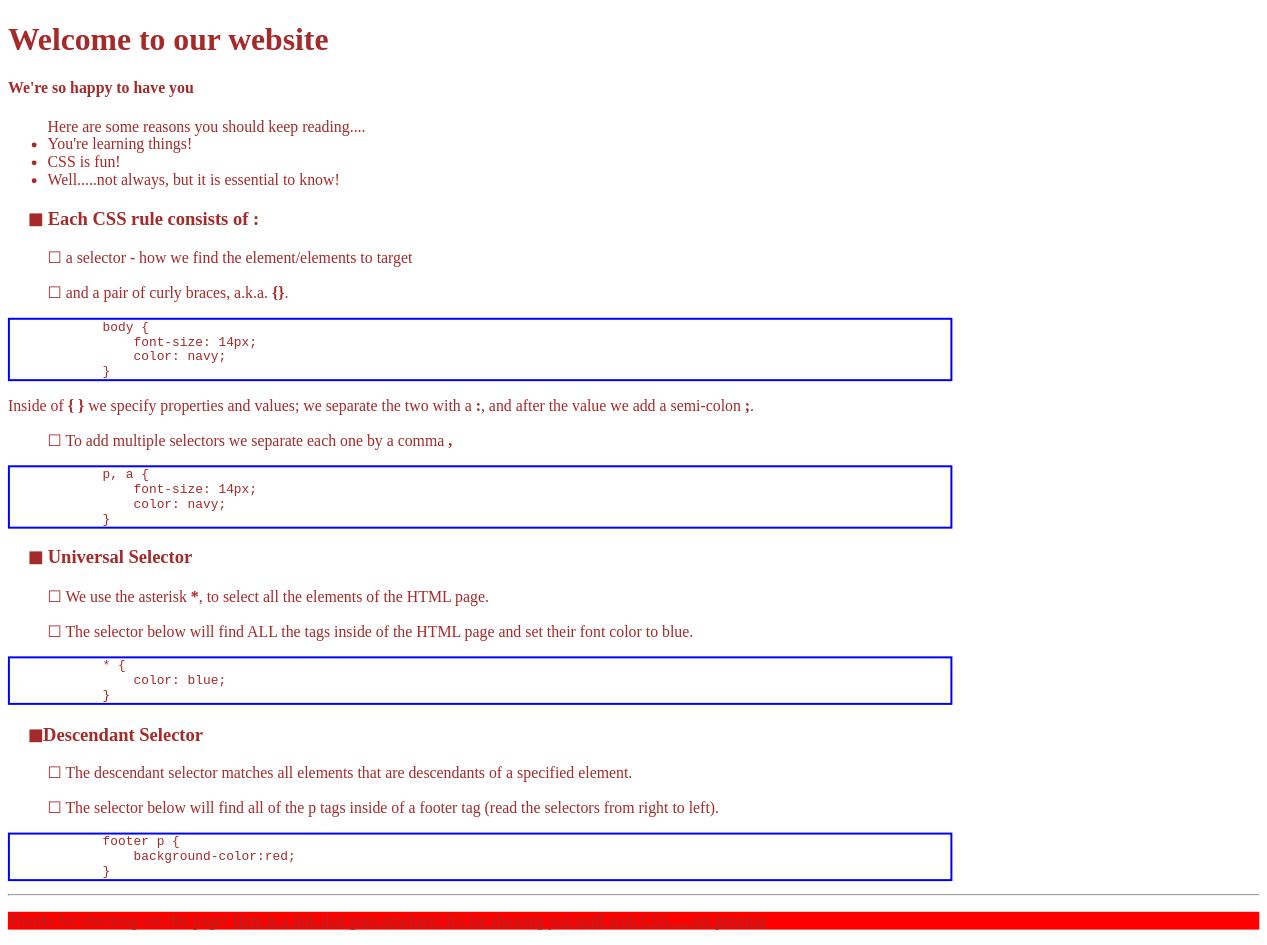
Repository: AnnaSpirit/Tests__
Page: CSS/Useful_Selectors.html
These files come from the project's save history. The page is drawn as it stood at one moment and after the next save; the edit follows.
The browser window is 1280 px wide. The pictures show the whole page, at 99% of full size.

Above is the page before, as saved 2024-04-01 17:28:35.

After the next save:
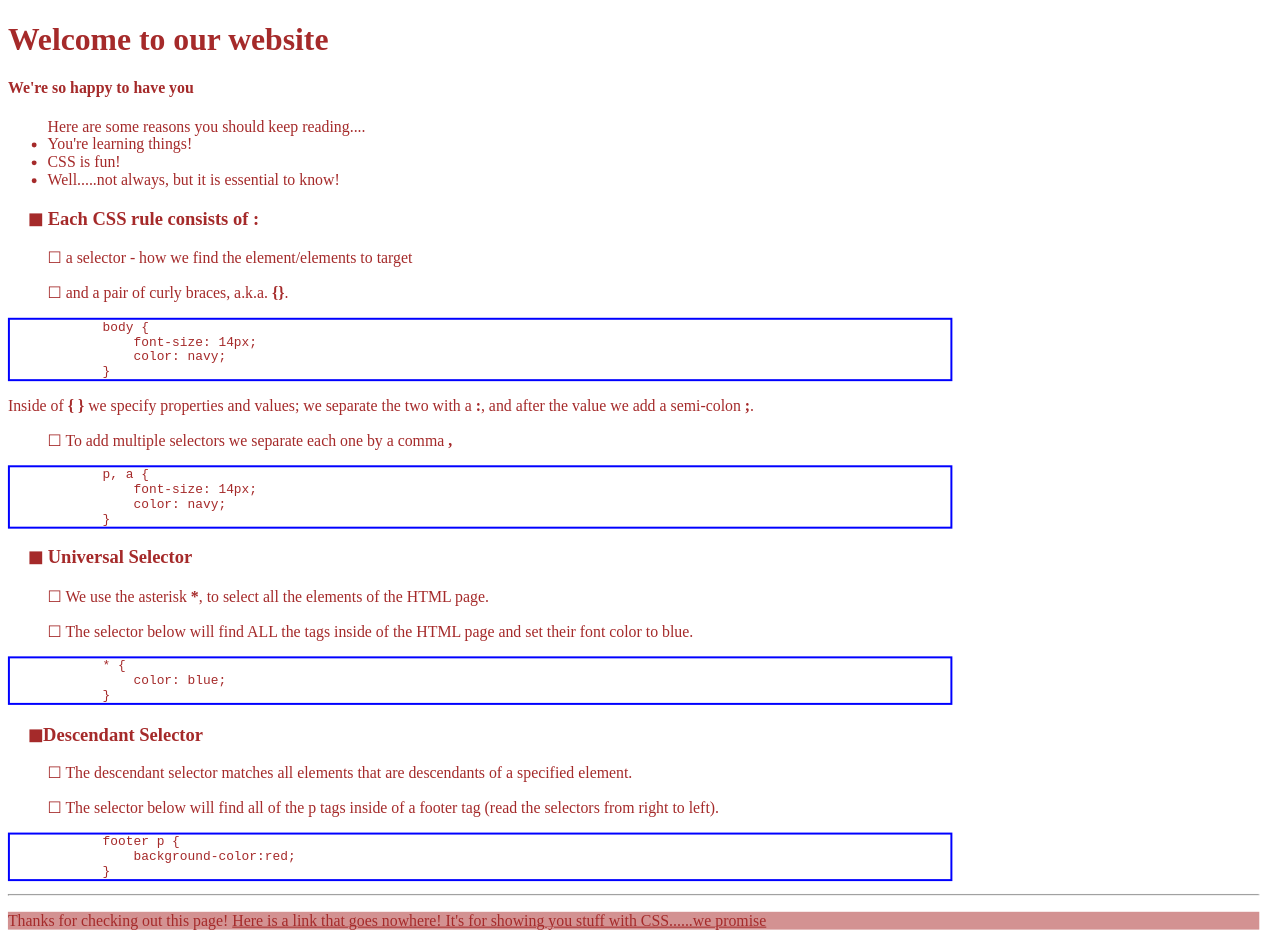
Saved 5 s later.
--- a/CSS/style_Selectors.css
+++ b/CSS/style_Selectors.css
@@ -3,5 +3,5 @@
     color: brown;
 }
 footer p {
-    background-color: red;
+    background-color: rgb(211, 146, 146);
 }
